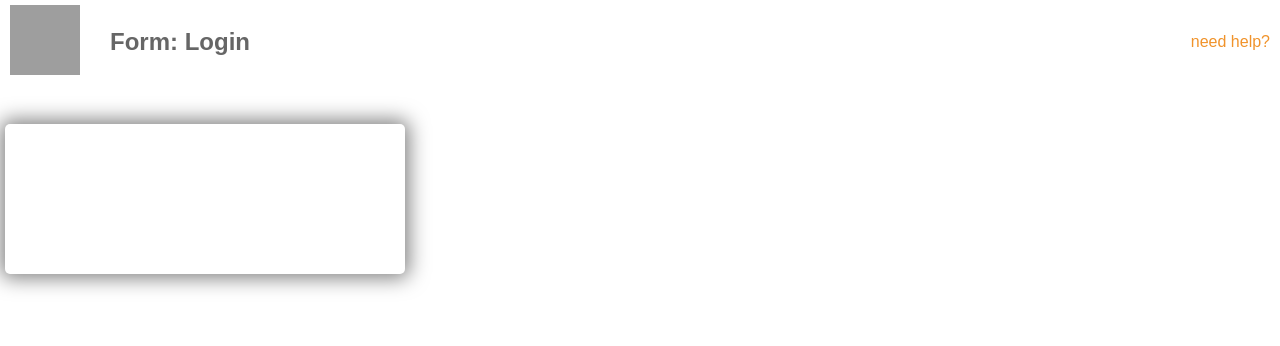
Repository: NguyenDucHung20002/project-homev1
Page: checkout/checkout.html
An editor plug-in stored every save of this project. The page is shown before and after a run of saves, followed by the edit.
The browser window is 1280 px wide. The pictures show the whole page.
Pictures or frames that could not be fetched are drawn as grey boxes. The style sheet was rebuilt from its Sass, Less or Tailwind sources for each picture, by a compiler version that may differ from the author's.

Above is the page before, as saved 2022-09-20 09:13:57.

### checkout/checkout.html
<!DOCTYPE html>
<html lang="en">

<head>
    <meta charset="UTF-8">
    <meta http-equiv="X-UA-Compatible" content="IE=edge">
    <meta name="viewport" content="width=device-width, initial-scale=1.0">
    <link rel="stylesheet" href="../reset.css">
    <link rel="stylesheet" href="../fontawesome-free-6.1.2-web/css/all.min.css">
    <link rel="stylesheet" href="../dist/css/checkout.css">
    <title>Document</title>
    <link rel="icon" href="/icon/favicon.png">
</head>

<body>
    <header>
        <div class="header">
            <div class="container">
                <div class="header-right">
                    <a href="../homev1.html"><img
                            src="http://wp.0effortthemes.com/themes/veggie/wp-content/uploads/2016/06/header-v3-logo.png"
                            alt=""></a>
                    <h2 class="name-form">Form: Login</h2>
                </div>
                <div class="header-left">
                    <a href="" class="help">need help?</a>
                </div>
            </div>
        </div>
    </header>

    <div class="content">
        <div class="container">
            <div class="thank-you">

            </div>
        </div>
    </div>

</body>

<script src="https://cdnjs.cloudflare.com/ajax/libs/jquery/3.6.0/jquery.min.js"
    integrity="sha512-894YE6QWD5I59HgZOGReFYm4dnWc1Qt5NtvYSaNcOP+u1T9qYdvdihz0PPSiiqn/+/3e7Jo4EaG7TubfWGUrMQ=="
    crossorigin="anonymous" referrerpolicy="no-referrer"></script>
<script src="./checkout.js"></script>

</html>

### reset.css
*,
*::after,
*::before {
  margin: 0;
  padding: 0;
  box-sizing: border-box;
}
a {
  text-decoration: none;
  /* mặc đinh là text-decoration: underline; */
}
ul,
ol {
  list-style: none;
}
input,
button {
  outline: none;
  border: none;
  background: none;
}
table,
th,
td {
  border-collapse: collapse;
}

### checkout/checkout.js
$(".btn-checkout").click((e) => {
  e.preventDefault();
});

### checkout/checkout.scss
* {
  font-family: "Poppins", sans-serif;
}
body {
  position: relative;
}
.container {
  margin: 0 auto;
  width: 1270px;
}
header {
  width: 100%;
  position: fixed;
  top: 0;
  left: 0;
  z-index: 10000;
  background-color: rgba(#ffffff, 0.8);
  .header {
    .container {
      display: flex;
      align-items: center;
      justify-content: space-between;
      padding: 5px;
      .header-right {
        display: flex;
        justify-content: flex-start;
        align-items: center;
        a {
          img {
            width: 70px;
            height: 70px;
          }
        }
        .name-form {
          color: #666;
          margin-left: 30px;
        }
      }
      .header-left {
        a {
          color: #f0932b;
        }
      }
    }
  }
}
.content {
  position: relative;
  z-index: 9999;
  .container {
    background-color: #ffffff;
    margin-top: 84px;
    padding: 40px 0px;
    .thank-you {
      width: 400px;
      height: 150px;
      border-radius: 5px;
      box-shadow: 0px 0px 20px 4px rgba(0, 0, 0, 0.5);
    }
  }
}

Loaded but not shown: fontawesome-free-6.1.2-web/css/all.min.css (library)

After the next 2 saves:
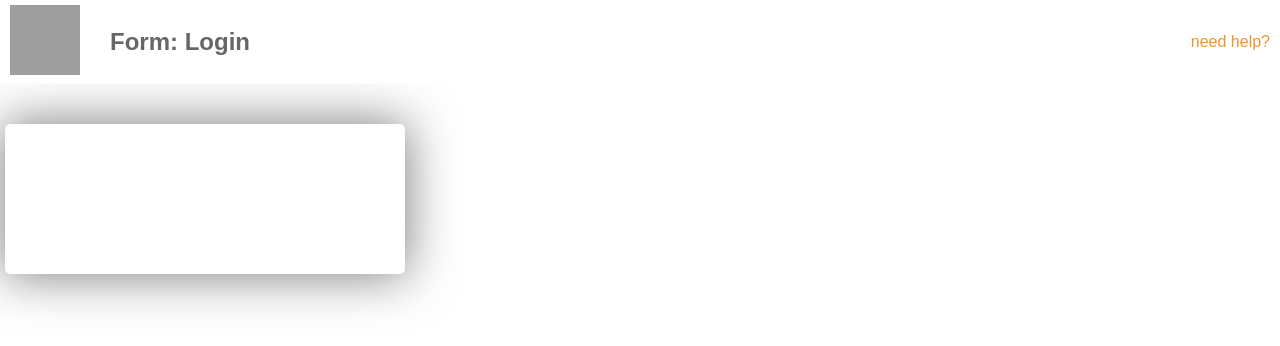
The 2 saves are shown as one change because they came seconds apart.
The last was saved 9 s later.
--- a/checkout/checkout.scss
+++ b/checkout/checkout.scss
@@ -55,7 +55,7 @@ header {
       width: 400px;
       height: 150px;
       border-radius: 5px;
-      box-shadow: 0px 0px 20px 4px rgba(0, 0, 0, 0.5);
+      box-shadow: 0px 0px 50px 2px rgba(0, 0, 0, 0.5);
     }
   }
 }
